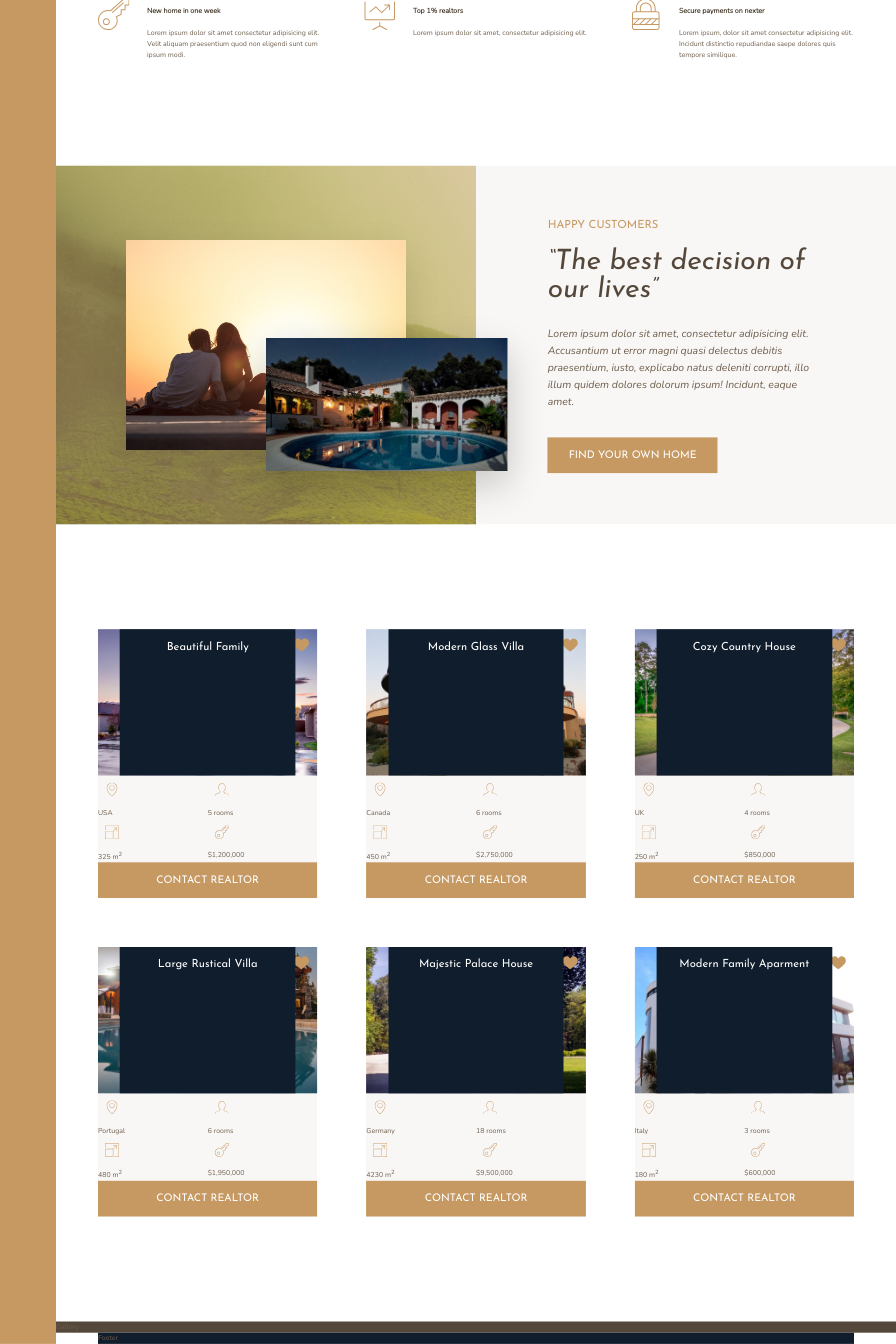
Repository: achwesiuk/nexter
Page: index.html
These files come from the project's save history. The page is drawn as it stood at one moment and after the next save; the edit follows.
The browser window is 1280 px wide. The pictures show the part of the page from y = 857 to 2777 px (the page is 2777 px tall), at 70% of full size.
The style sheet was rebuilt from its Sass, Less or Tailwind sources for each picture, by a compiler version that may differ from the author's.

Above is the page before, as saved 2021-02-23 15:23:24.

### index.html
<!DOCTYPE html>
<html lang="en">
    <head>
        <meta charset="UTF-8">
        <meta name="viewport" content="width=device-width, initial-scale=1.0">
        <meta http-equiv="X-UA-Compatible" content="ie=edge">

        <link href="https://fonts.googleapis.com/css?family=Josefin+Sans:300,400,400i|Nunito:300,300i" rel="stylesheet">
        <link rel="stylesheet" href="css/style.css">
        <link rel="shortcut icon" type="image/png" href="img/favicon.png">

        <title>nexter &mdash; your home, your freedom</title>
    </head>
    <body class="container">
        <div class="sidebar">
            Sidebar
        </div>

        <header class="header">
            Header
        </header>

        <div class="realtors">
            Top 3 realtors
        </div>

        <section class="features">
            <div class="feature">
                <svg class="feature__icon">
                    <use xlink:href="img/sprite.svg#icon-global"></use>
                </svg>
                <h4 class="heading-4--dark">World's best luxury homes</h4>
                <p class="feature-text">Lorem ipsum dolor sit amet, consectetur adipisicing elit. Sapiente eligendi vitae aliquid a corporis hic, nemo dolores neque culpa pariatur dolor magnam!</p>
            </div>
            <div class="feature">
                <svg class="feature__icon">
                    <use xlink:href="img/sprite.svg#icon-trophy"></use>
                </svg>
                <h4 class="heading-4--dark">Only the best properties</h4>
                <p class="feature-text">Lorem ipsum dolor sit amet consectetur, adipisicing elit. Mollitia optio sapiente fugit deserunt ex qui in.</p>
            </div>
            <div class="feature">
                <svg class="feature__icon">
                    <use xlink:href="img/sprite.svg#icon-map-pin"></use>
                </svg>
                <h4 class="heading-4--dark">All homes in top locations</h4>
                <p class="feature-text">Lorem ipsum dolor sit amet consectetur adipisicing elit. Ullam est deserunt unde temporibus, beatae quo et repellat!</p>
            </div>
            <div class="feature">
                <svg class="feature__icon">
                    <use xlink:href="img/sprite.svg#icon-key"></use>
                </svg>
                <h4 class="heading-4--dark">New home in one week</h4>
                <p class="feature-text">Lorem ipsum dolor sit amet consectetur adipisicing elit. Velit aliquam praesentium quod non eligendi sunt cum ipsum modi.</p>
            </div>
            <div class="feature">
                <svg class="feature__icon">
                    <use xlink:href="img/sprite.svg#icon-presentation"></use>
                </svg>
                <h4 class="heading-4--dark">Top 1% realtors</h4>
                <p class="feature-text">Lorem ipsum dolor sit amet, consectetur adipisicing elit.</p>
            </div>
            <div class="feature">
                <svg class="feature__icon">
                    <use xlink:href="img/sprite.svg#icon-lock"></use>
                </svg>
                <h4 class="heading-4--dark">Secure payments on nexter</h4>
                <p class="feature-text">Lorem ipsum, dolor sit amet consectetur adipisicing elit. Incidunt distinctio repudiandae saepe dolores quis tempore similique.</p>
            </div>
        </section>

        <div class="story__pictures">
            <img src="img/story-1.jpeg" alt="Couple with new house" class="story__img--1">
            <img src="img/story-2.jpeg" alt="New house" class="story__img--2">
        </div>

        <div class="story__content">
            <h3 class="heading-3 mb-sm">Happy Customers</h3>
            <h2 class="heading-2 heading-2--dark mb-md">&ldquo;The best decision of our lives&rdquo;</h2>
            <p class="story__text">
                Lorem ipsum dolor sit amet, consectetur adipisicing elit. Accusantium ut error magni quasi delectus debitis praesentium, iusto, explicabo natus deleniti corrupti, illo illum quidem dolores dolorum ipsum! Incidunt, eaque amet.
            </p>
            <button class="btn">Find your own home</button>
        </div>

        <section class="homes">
            <div class="home">
                <img src="img/house-1.jpeg" alt="House 1" class="home__img">
                <svg class="home__like">
                    <use xlink:href="img/sprite.svg#icon-heart-full"></use>
                </svg>
                <h5 class="home__name">Beautiful Family</h5>
                <div class="home__location">
                    <svg class="home__like">
                        <use xlink:href="img/sprite.svg#icon-map-pin"></use>
                    </svg>
                    <p>USA</p>
                </div>
                <div class="home__rooms">
                    <svg class="home__like">
                        <use xlink:href="img/sprite.svg#icon-profile-male"></use>
                    </svg>
                    <p>5 rooms</p>
                </div>
                <div class="home__area">
                    <svg class="home__like">
                        <use xlink:href="img/sprite.svg#icon-expand"></use>
                    </svg>
                    <p>325 m<sup>2</sup></p>
                </div>
                <div class="home__price">
                    <svg class="home__like">
                        <use xlink:href="img/sprite.svg#icon-key"></use>
                    </svg>
                    <p>$1,200,000</p>
                </div>
                <button class="btn home__btn">Contact realtor</button>
            </div>

            <div class="home"><img src="img/house-2.jpeg" alt="House 2" class="home__img">
                <svg class="home__like">
                    <use xlink:href="img/sprite.svg#icon-heart-full"></use>
                </svg>
                <h5 class="home__name">Modern Glass Villa</h5>
                <div class="home__location">
                    <svg class="home__like">
                        <use xlink:href="img/sprite.svg#icon-map-pin"></use>
                    </svg>
                    <p>Canada</p>
                </div>
                <div class="home__rooms">
                    <svg class="home__like">
                        <use xlink:href="img/sprite.svg#icon-profile-male"></use>
                    </svg>
                    <p>6 rooms</p>
                </div>
                <div class="home__area">
                    <svg class="home__like">
                        <use xlink:href="img/sprite.svg#icon-expand"></use>
                    </svg>
                    <p>450 m<sup>2</sup></p>
                </div>
                <div class="home__price">
                    <svg class="home__like">
                        <use xlink:href="img/sprite.svg#icon-key"></use>
                    </svg>
                    <p>$2,750,000</p>
                </div>
                <button class="btn home__btn">Contact realtor</button>
            </div>

            <div class="home"><img src="img/house-3.jpeg" alt="House 3" class="home__img">
                <svg class="home__like">
                    <use xlink:href="img/sprite.svg#icon-heart-full"></use>
                </svg>
                <h5 class="home__name">Cozy Country House</h5>
                <div class="home__location">
                    <svg class="home__like">
                        <use xlink:href="img/sprite.svg#icon-map-pin"></use>
                    </svg>
                    <p>UK</p>
                </div>
                <div class="home__rooms">
                    <svg class="home__like">
                        <use xlink:href="img/sprite.svg#icon-profile-male"></use>
                    </svg>
                    <p>4 rooms</p>
                </div>
                <div class="home__area">
                    <svg class="home__like">
                        <use xlink:href="img/sprite.svg#icon-expand"></use>
                    </svg>
                    <p>250 m<sup>2</sup></p>
                </div>
                <div class="home__price">
                    <svg class="home__like">
                        <use xlink:href="img/sprite.svg#icon-key"></use>
                    </svg>
                    <p>$850,000</p>
                </div>
                <button class="btn home__btn">Contact realtor</button>
            </div>

            <div class="home"><img src="img/house-4.jpeg" alt="House 4" class="home__img">
                <svg class="home__like">
                    <use xlink:href="img/sprite.svg#icon-heart-full"></use>
                </svg>
                <h5 class="home__name">Large Rustical Villa</h5>
                <div class="home__location">
                    <svg class="home__like">
                        <use xlink:href="img/sprite.svg#icon-map-pin"></use>
                    </svg>
                    <p>Portugal</p>
                </div>
                <div class="home__rooms">
                    <svg class="home__like">
                        <use xlink:href="img/sprite.svg#icon-profile-male"></use>
                    </svg>
                    <p>6 rooms</p>
                </div>
                <div class="home__area">
                    <svg class="home__like">
                        <use xlink:href="img/sprite.svg#icon-expand"></use>
                    </svg>
                    <p>480 m<sup>2</sup></p>
                </div>
                <div class="home__price">
                    <svg class="home__like">
                        <use xlink:href="img/sprite.svg#icon-key"></use>
                    </svg>
                    <p>$1,950,000</p>
                </div>
                <button class="btn home__btn">Contact realtor</button>
            </div>

            <div class="home"><img src="img/house-5.jpeg" alt="House 5" class="home__img">
                <svg class="home__like">
                    <use xlink:href="img/sprite.svg#icon-heart-full"></use>
                </svg>
                <h5 class="home__name">Majestic Palace House</h5>
                <div class="home__location">
                    <svg class="home__like">
                        <use xlink:href="img/sprite.svg#icon-map-pin"></use>
                    </svg>
                    <p>Germany</p>
                </div>
                <div class="home__rooms">
                    <svg class="home__like">
                        <use xlink:href="img/sprite.svg#icon-profile-male"></use>
                    </svg>
                    <p>18 rooms</p>
                </div>
                <div class="home__area">
                    <svg class="home__like">
                        <use xlink:href="img/sprite.svg#icon-expand"></use>
                    </svg>
                    <p>4230 m<sup>2</sup></p>
                </div>
                <div class="home__price">
                    <svg class="home__like">
                        <use xlink:href="img/sprite.svg#icon-key"></use>
                    </svg>
                    <p>$9,500,000</p>
                </div>
                <button class="btn home__btn">Contact realtor</button>
            </div>

            <div class="home"><img src="img/house-6.jpeg" alt="House 6" class="home__img">
                <svg class="home__like">
                    <use xlink:href="img/sprite.svg#icon-heart-full"></use>
                </svg>
                <h5 class="home__name">Modern Family Aparment</h5>
                <div class="home__location">
                    <svg class="home__like">
                        <use xlink:href="img/sprite.svg#icon-map-pin"></use>
                    </svg>
                    <p>Italy</p>
                </div>
                <div class="home__rooms">
                    <svg class="home__like">
                        <use xlink:href="img/sprite.svg#icon-profile-male"></use>
                    </svg>
                    <p>3 rooms</p>
                </div>
                <div class="home__area">
                    <svg class="home__like">
                        <use xlink:href="img/sprite.svg#icon-expand"></use>
                    </svg>
                    <p>180 m<sup>2</sup></p>
                </div>
                <div class="home__price">
                    <svg class="home__like">
                        <use xlink:href="img/sprite.svg#icon-key"></use>
                    </svg>
                    <p>$600,000</p>
                </div>
                <button class="btn home__btn">Contact realtor</button>
            </div>
        </section>

        <section class="gallery">
            Gallery
        </section>

        <footer>
            Footer
        </footer>
    </body>
</html>

### sass/main.scss
@import "base";
@import "typography";

@import "sidebar";
@import "header";
@import "realtors";
@import "features";
@import "story";
@import "homes";
@import "gallery";
@import "footer";

### sass/_base.scss
// COLOR VARIABLES
$color-primary: #c69963;
$color-primary-dark: #B28451;

$color-secondary: #101d2c;

$color-grey-light-1: #f9f7f6;
$color-grey-light-2: #aaa;

$color-grey-dark-1: #54483A;
$color-grey-dark-2: #6D5D4B;

// FONT VARIABLES
$font-primary: 'Nunito', sans-serif;
$font-display: 'Josefin Sans', sans-serif;

*,
*::before,
*::after {
    margin: 0;
    padding: 0;
    -webkit-box-sizing: inherit;
            box-sizing: inherit; //dziedziczy po HTML
}

html {
    -webkit-box-sizing: border-box;
            box-sizing: border-box;
    font-size: 62.5%; // 10px / 16px = 62.5% -> 1rem = 10px
}

body {
    font-family: $font-primary;
    color: $color-grey-dark-2;
    font-weight: 300;
    line-height: 1.6;
}

.container {
    display: grid;
    grid-template-rows: 80vh min-content 40vw repeat(3, min-content); // 1.wiersz - wysokość wiersza jest wartością procentową vh; jest to siatka jawna z jednym wierszem, pozostałe elementy będą dodane w siatce niejawnej (elementy, które nie mają miejsca w siatce jawnej)
    // 2. wiersz - wysokość wiersza uzależniona od zawartej w nim treści
    // 2. auto - domyślne, jeżeli nic nie będzie określone; również dopasowuje się do treści
    // 3. wiersz - wiersz uzależniony od szerokości układu (podczas zmiany szerokości widoku zmieniają się wymiary wiersza - zwęża się, rośnie)
    // 4, 5, 6 - wysokość wiersza uzależnione od jego zawartości
    grid-template-columns: [sidebar-start] 8rem [sidebar-end full-start] minmax(6rem, 1fr) [center-start] repeat(8, [col-start] minmax(min-content, 14rem) [col-end]) [center-end] minmax(6rem, 1fr) [full-end];
}

### sass/_typography.scss
%heading { //extended działa przeciwnie do mixin; selektory (heading-1 etc.) są kopiowane to selektora na górze
    font-family: $font-display;
    font-weight: 400;
}

.heading-1 {
    @extend %heading;
}

.heading-2 {
    @extend %heading;
    font-size: 4rem;
    font-style: italic;
    line-height: 1;

    &--light {color: $color-grey-light-1;}
    &--dark {color: $color-grey-dark-1;}
}

.heading-3 {
    @extend %heading;
    font-size: 1.6rem;
    color: $color-primary;
    text-transform: uppercase;
}

.heading-4 {
    @extend %heading;
    font-size: 1.9rem;

    &--light {color: $color-grey-light-1;}
    &--dark {color: $color-grey-dark-1;}
}

.btn {
    background-color: $color-primary;
    color: #fff;
    border: none;
    border-radius: 0; //z założenia przyciski mają ustawiony jakiś kąt
    font-family: $font-display;
    font-size: 1.5rem;
    text-transform: uppercase;
    padding: 1.8rem 3rem;
    cursor: pointer;

    transition: all .2s;

    &:hover {
        background-color: $color-primary-dark;
    }
}

.mb-sm {margin-bottom: 2rem;}
.mb-md {margin-bottom: 3rem;}
.mb-lg {margin-bottom: 4rem;}
.mb-hg {margin-bottom: 8rem;}

### sass/_sidebar.scss
.sidebar {
    background-color: $color-primary;
    grid-column: sidebar-start / sidebar-end;
    grid-row: 1 / -1;
}

### sass/_header.scss
.header {
    background-color: $color-grey-dark-1;
    grid-column: full-start / col-end 6;
}

### sass/_realtors.scss
.realtors {
    background-color: $color-secondary;
    grid-column: col-start 7 / full-end;
}

### sass/_features.scss
.features {
    grid-column: center-start / center-end;

    margin: 15rem 0;

    display: grid;
    //grid-template-columns: repeat(3, 1fr);
    grid-template-columns: repeat(auto-fit, minmax(25rem, 1fr));
    //grid-template-rows: auto auto; niepotrzebne, ponieważ wiersze i tak układają się w ten sposób
    grid-gap: 6rem;
    align-items: start;
}

.feature {

    display: grid;
    grid-template-columns: min-content 1fr; //min-content odnosi się do wymiarów ikony
    //nie trzeba określać wierszy, mają mieć wielkość zawartej w nich treści
    grid-row-gap: 1.5rem;
    grid-column-gap: 2.5rem;

    &__icon {
        fill: $color-primary;
        width: 4.5rem;
        height: 4.5rem;
        transform: translateY(-1rem);

        //grid-row: 1 / -1; // -1 oznacza koniec JAWNEJ SIATKI, a tutaj jest niejawna
        grid-row: -1 / span 2;
    }

    &__text {
        font-size: 1.7rem;
    }
}

### sass/_story.scss
.story {

    &__pictures {
        background-color: $color-primary;
        grid-column: full-start / col-end 4;
        background-image: linear-gradient(rgba($color-primary, .5), rgba($color-primary, .5)),  url(../img/back.jpg); //używam dwóch takich samych kolorów - kolor przechodzi z jednego koloru na drugi

        display: grid;
        grid-template-rows: repeat(6, 1fr);
        grid-template-columns: repeat(6, 1fr);

        align-items: center;
    }

    &__img--1 {
        width: 100%;
        grid-row: 2 / 6;
        grid-column: 2 / 6;
        box-shadow: 0 2rem 5rem rgba(#000, .1);
    }

    &__img--2 {
        width: 115%;
        grid-row: 4 / 6;
        grid-column: 4 / 7;
        z-index: 20;
        box-shadow: 0 2rem 5rem rgba(#000, .2);
    }

    &__content {
        background-color: $color-grey-light-1;
        grid-column: col-start 5 / full-end;

        padding: 6rem 8vw;

        /*
        display: flex;
        flex-direction: column;
        justify-content: center;
        align-items: flex-start;
        */

        display: grid;
        align-content: center;
        justify-items: start;
    }

    &__text {
        font-size: 1.5rem;
        font-style: italic;
        margin-bottom: 4rem;
    }
}

### sass/_homes.scss
.homes {
    grid-column: center-start / center-end;
    margin: 15rem 0;

    display: grid;
    grid-template-columns: repeat(auto-fit,minmax(25rem, 1fr));
    grid-gap: 7rem;
}

.home {
    background-color: $color-grey-light-1;

    display: grid;
    grid-template-columns: repeat(2, 1fr);

    &__img {
        width: 100%;
        grid-row: 1 / 2;
        grid-column: 1 / -1;
        z-index: 1;
    }

    &__like {
        grid-row: 1 / 2;
        grid-column: 2 / 3;
        fill: $color-primary;
        height: 2.5rem;
        width: 2.5rem;
        z-index: 2;

        justify-self: end;
        margin: 1rem;
    }

    &__name {
        grid-column: 1 / -1;
        grid-row: 1 / 2;
        align-self: bottom;
        z-index: 3;

        font-family: $font-display;
        font-size: 1.6rem;
        text-align: center;
        padding: 1.25rem;
        background-color: $color-secondary;
        color: #fff;
        font-weight: 400;

        width: 80%;
        justify-self: center;
    }

    &__location,
    &__rooms,
    &__area,
    &__price {

        svg{
            fill: $color-primary;
            height: 2rem;
            width: 2rem;
        }

        p {

        }
    }

    &__btn {
        grid-column: 1 / -1;
    }
}

### sass/_gallery.scss
.gallery {
    background-color: $color-grey-dark-1;
    grid-column: full-start / full-end;
}

### sass/_footer.scss
footer {
    background-color: $color-secondary;
    grid-column: center-start / center-end;
}

After the next save:
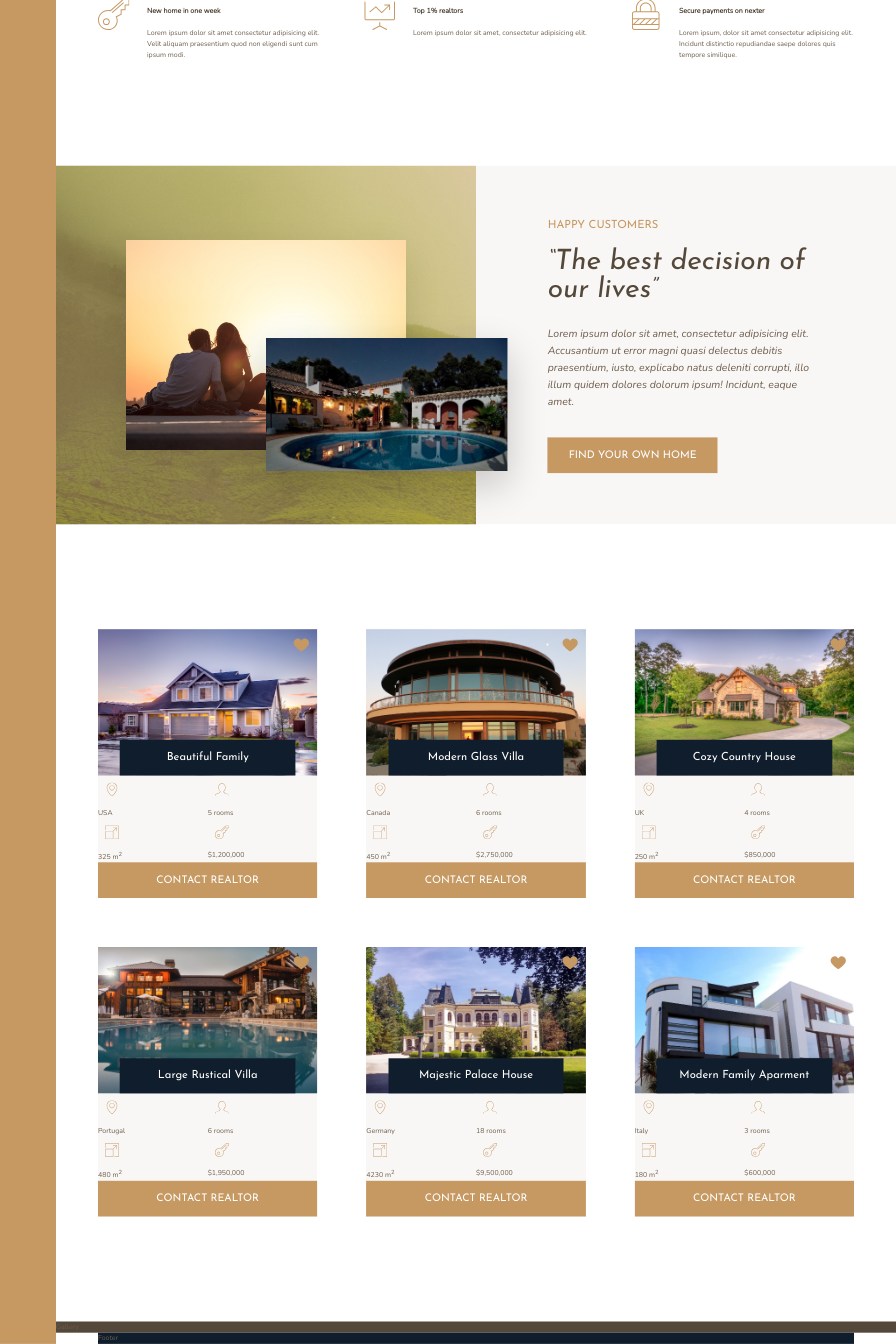
Saved 66 s later.
--- a/sass/_homes.scss
+++ b/sass/_homes.scss
@@ -35,7 +35,7 @@
     &__name {
         grid-column: 1 / -1;
         grid-row: 1 / 2;
-        align-self: bottom;
+        align-self: end;
         z-index: 3;
 
         font-family: $font-display;
